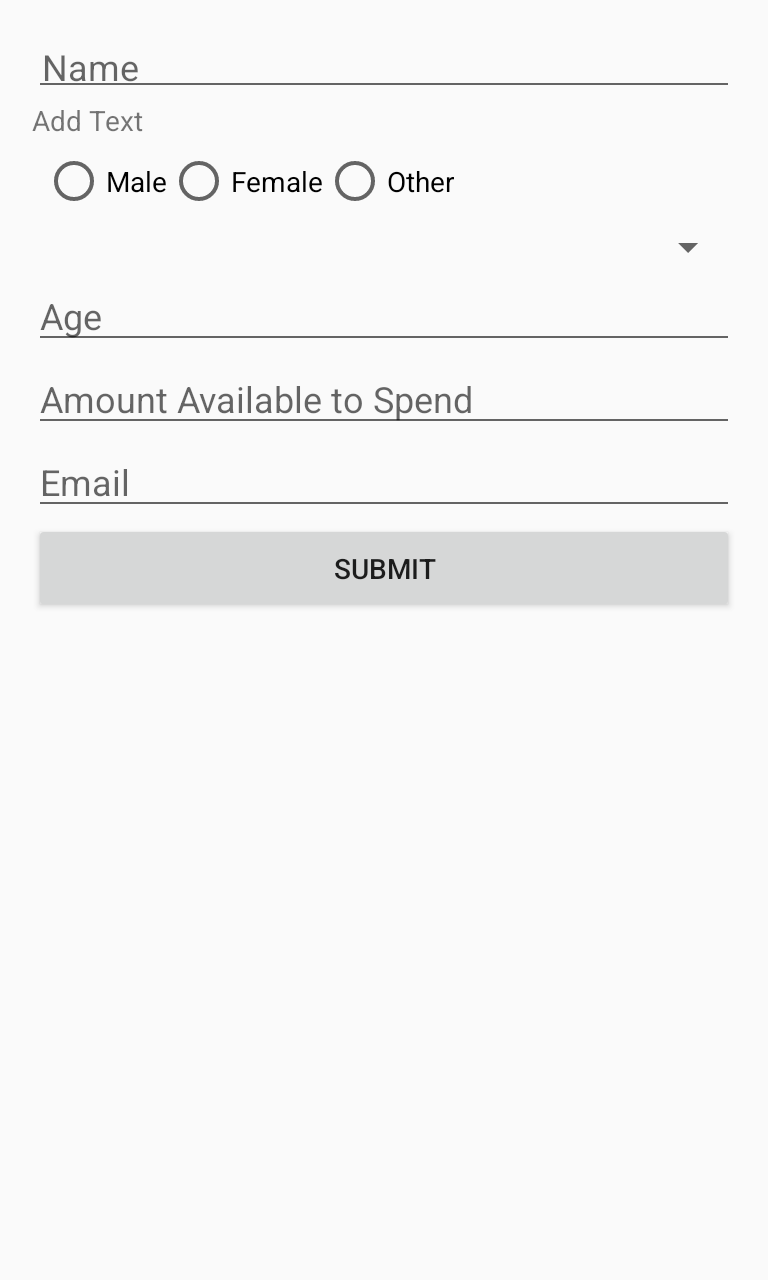
Repository: ThatCrazyIrishGuy/guiAndroidAssignment
Layout: ShoppingList/res/layout/activity_user_detail_form.xml
These files come from the project's save history. The layout is drawn as it stood at one moment and after a run of saves; the edit follows.
It is drawn on a 768 x 1280 px phone screen (xhdpi) without system bars, with theme AppTheme; the app's code is not run.

Above is the layout before, as saved 2014-11-08 17:42:33.

### ShoppingList/res/layout/activity_user_detail_form.xml
<RelativeLayout xmlns:android="http://schemas.android.com/apk/res/android"
    xmlns:tools="http://schemas.android.com/tools"
    android:layout_width="match_parent"
    android:layout_height="match_parent"
    android:paddingBottom="@dimen/activity_vertical_margin"
    android:paddingLeft="@dimen/activity_horizontal_margin"
    android:paddingRight="@dimen/activity_horizontal_margin"
    android:paddingTop="@dimen/activity_vertical_margin"
    tools:context="ie.dit.britton.darren.shoppinglist.UserDetailForm" >

    <EditText
        android:id="@+id/name"
        android:hint="Name"
        android:layout_width="fill_parent"
        android:layout_height="wrap_content"
 		android:padding="5dp"
     />

     <TextView
        android:id="@+id/genderLabel"
        android:layout_below="@+id/name"
        android:layout_width="wrap_content"
        android:layout_height="wrap_content"
        android:text="Add Text"
     />

   	<RadioGroup
   	    android:id="@+id/gender"
  	    android:layout_below="@+id/genderLabel"
		android:orientation="horizontal"
		android:layout_width="fill_parent"
		android:layout_height="wrap_content"
		android:padding="5dp">
		<RadioButton
			android:id="@+id/male"
			android:text="Male"
		/>
		<RadioButton
			android:id="@+id/female"
			android:text="Female"
		/>
		<RadioButton
			android:id="@+id/other"
			android:text="Other"
		/>
	</RadioGroup>

	<Spinner
    	android:id="@+id/job"
    	android:layout_below="@+id/gender"
    	android:layout_width="fill_parent"
    	android:layout_height="wrap_content"
 		android:padding="5dp"
    />

    <EditText
        android:id="@+id/age"
        android:hint="Age"
        android:layout_below="@+id/job"
        android:layout_width="fill_parent"
        android:layout_height="wrap_content"
        android:inputType="number"
    />

   <EditText
        android:id="@+id/money"
        android:hint="Amount Available to Spend"
        android:layout_below="@+id/age"
        android:layout_width="fill_parent"
        android:layout_height="wrap_content"
        android:inputType="numberDecimal"
    />

    <EditText
        android:id="@+id/email"
        android:hint="Email"
        android:layout_below="@+id/money"
        android:layout_width="fill_parent"
        android:layout_height="wrap_content"
        android:inputType="textEmailAddress"
     />

     <Button
        android:layout_below="@+id/email"
        android:id="@+id/submit"
        android:layout_width="fill_parent"
        android:layout_height="wrap_content"
        android:text ="Submit"
     />

</RelativeLayout>

Loaded but not shown: ShoppingList/res/values/styles.xml (common file); ShoppingList/res/values-v11/styles.xml (common file); ShoppingList/res/values-v14/styles.xml (common file); ShoppingList/res/values/dimens.xml (common file); ShoppingList/res/values-w820dp/dimens.xml (common file)

After the next 5 saves:
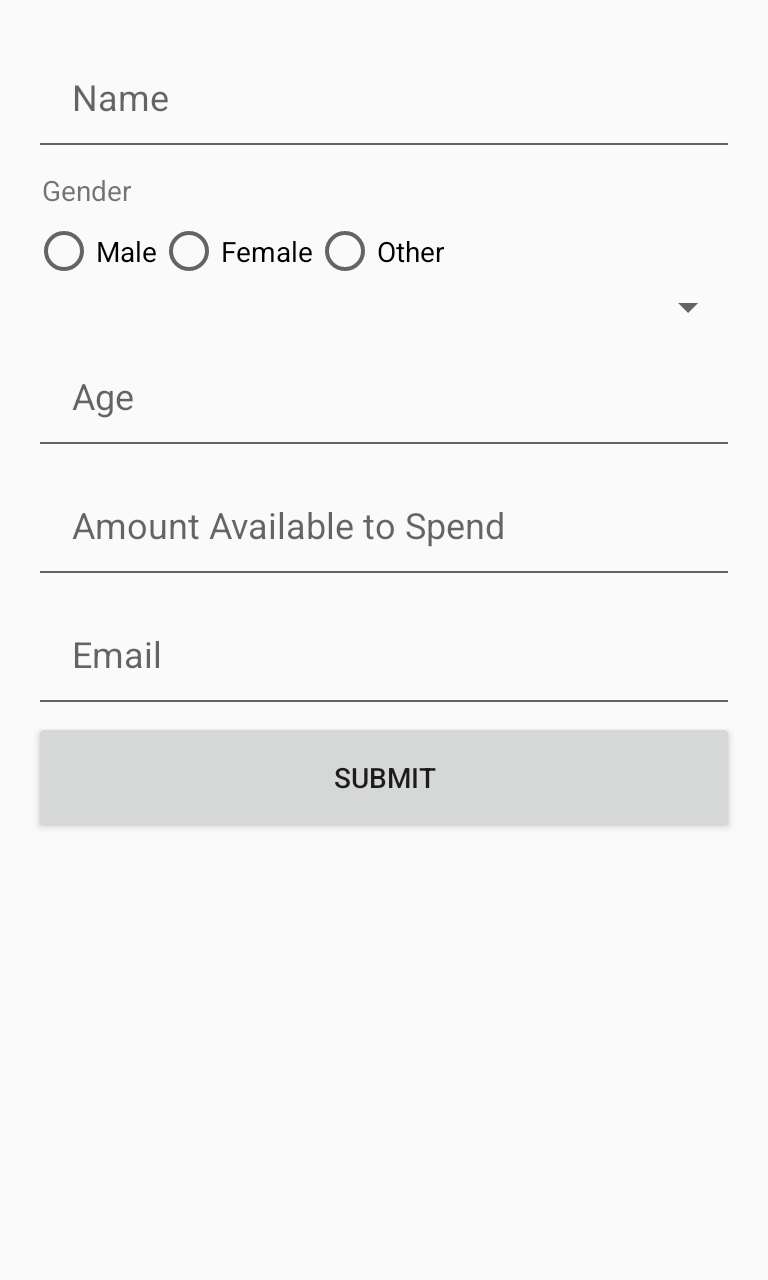
The 5 saves are shown as one change because 4 did not build or start.
The last was saved 3 min 57 s later.
--- a/ShoppingList/res/layout/activity_user_detail_form.xml
+++ b/ShoppingList/res/layout/activity_user_detail_form.xml
@@ -13,7 +13,7 @@
         android:hint="Name"
         android:layout_width="fill_parent"
         android:layout_height="wrap_content"
- 		android:padding="5dp"
+ 		android:padding="20dp"
      />
 
      <TextView
@@ -21,7 +21,8 @@
         android:layout_below="@+id/name"
         android:layout_width="wrap_content"
         android:layout_height="wrap_content"
-        android:text="Add Text"
+        android:text="Gender"
+        android:padding="5dp"
      />
 
    	<RadioGroup
@@ -29,8 +30,7 @@
   	    android:layout_below="@+id/genderLabel"
 		android:orientation="horizontal"
 		android:layout_width="fill_parent"
-		android:layout_height="wrap_content"
-		android:padding="5dp">
+		android:layout_height="wrap_content" >
 		<RadioButton
 			android:id="@+id/male"
 			android:text="Male"
@@ -50,7 +50,7 @@
     	android:layout_below="@+id/gender"
     	android:layout_width="fill_parent"
     	android:layout_height="wrap_content"
- 		android:padding="5dp"
+ 		android:padding="10dp"
     />
 
     <EditText
@@ -60,6 +60,7 @@
         android:layout_width="fill_parent"
         android:layout_height="wrap_content"
         android:inputType="number"
+        android:padding="20dp"
     />
 
    <EditText
@@ -69,6 +70,7 @@
         android:layout_width="fill_parent"
         android:layout_height="wrap_content"
         android:inputType="numberDecimal"
+        android:padding="20dp"
     />
 
     <EditText
@@ -78,6 +80,7 @@
         android:layout_width="fill_parent"
         android:layout_height="wrap_content"
         android:inputType="textEmailAddress"
+        android:padding="20dp"
      />
 
      <Button
@@ -86,6 +89,7 @@
         android:layout_width="fill_parent"
         android:layout_height="wrap_content"
         android:text ="Submit"
+        android:padding="20dp"
      />
 
 </RelativeLayout>
